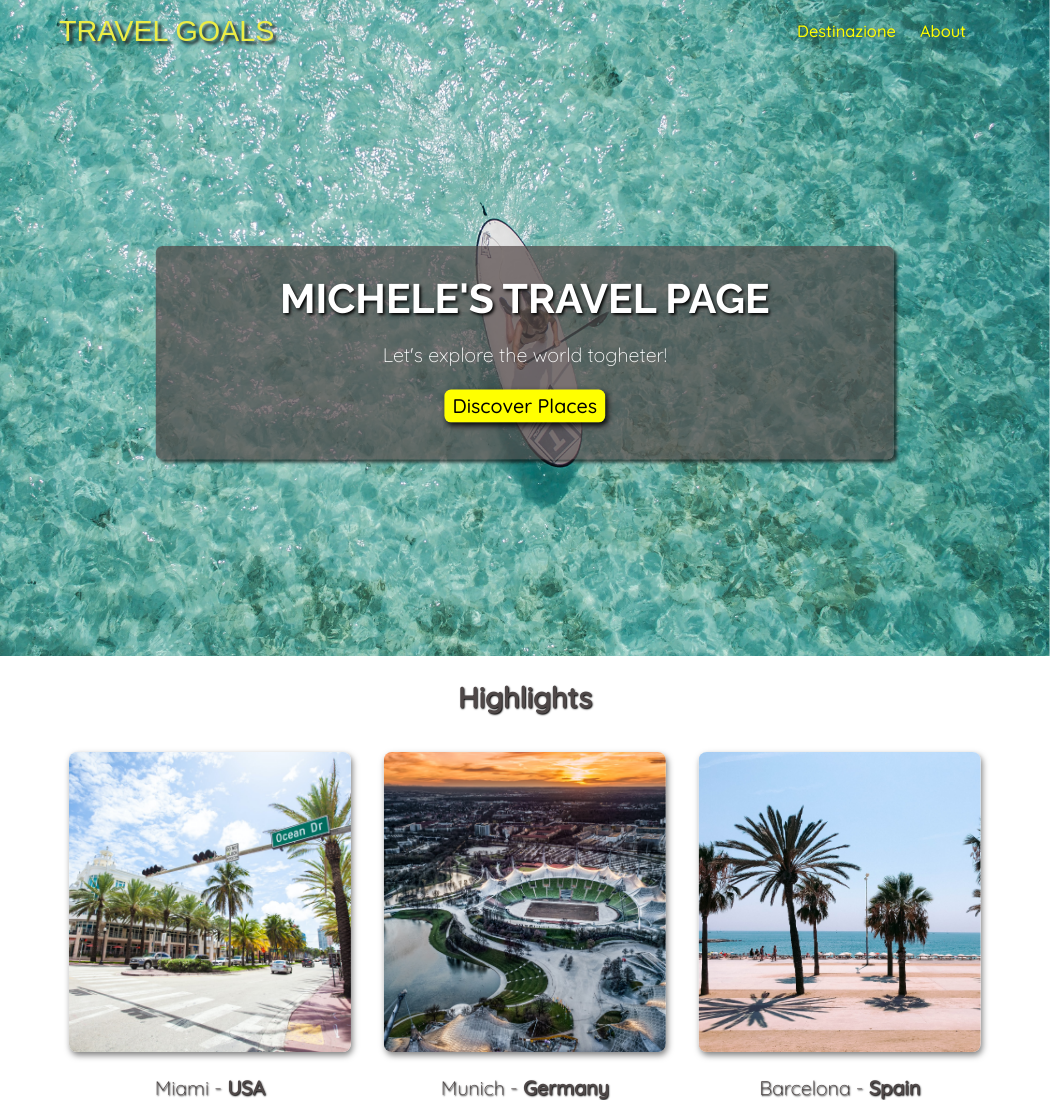
Repository: MicTomm/Travel-Goals
Page: index.html
These files come from the project's save history. The page is drawn as it stood at one moment and after the next save; the edit follows.
The browser window is 1280 px wide. The pictures show the whole page, at 82% of full size.
Some web fonts or font styles are not loaded; a fallback is used.

Above is the page before, as saved 2023-06-05 17:43:56.

### index.html
<!DOCTYPE html>
<html lang="it">

<head>
    <meta charset="UTF-8">
    <title>Travel Goals</title>
    <link rel="stylesheet"
        href="https://fonts.googleapis.com/css2?family=Raleway:wght@700&family=Oleo+Script:wght@700&family=Quicksand:wght@300;500&display=swap">
    <link href="styles/shared.css" rel="stylesheet">
    <link href="styles/main-page-style.css" rel="stylesheet">
</head>

<body>
    <header>
        <div id="logo">
            <a href="/index.html">Travel Goals</a>
        </div>
        <nav>
            <ul>
                <li><a href="/places.html">Destinazione</a></li>
                <li><a href="">About</a></li>
            </ul>
        </nav>
    </header>
    <main>
        <section id="hero-image-section">
            <div id="div-section1">
                <h1>Michele's Travel Page</h1>
                <p>Let's explore the world togheter!</p>
                <a href="/places.html">Discover Places</a>
            </div>
        </section>
        <section id="highlights">
            <h2>Highlights</h2>
            <ul id="destinations">
                <li class="destination">
                    <img src="images/places/miami.jpg" alt="Miami">
                    <p>Miami - <strong>USA</strong></p>
                </li>
                <li class="destination">
                    <img src="/images/places/munich.jpg" alt="Munich">
                    <p>Munich - <strong>Germany</strong></p>
                </li>
                <li class="destination">
                    <img src="/images/places/barcelona.jpg" alt="Barcelona">
                    <p>Barcelona - <strong>Spain</strong></p>
                </li>
            </ul>
        </section>
    </main>
    <footer></footer>
</body>

</html>

### styles/shared.css
body {
    margin: 0px;
    font-family: 'Quicksand', sans-serif;
}

ul {
    list-style: none;
    padding: 0px;
    margin: 0px;
}

header {
    display: flex;
    justify-content: space-between;
    align-items: center;
    padding: 15px 60px;
    position: absolute;
    width: 100%;
    top: 0;
    left: 0;
    box-sizing: border-box;
}

header ul {
    margin: 10px;
    display: flex;
    justify-content: space-between;
    width: 250px;
}

header li {
    width: 100px;
}

header a {
    color: yellow;
    text-decoration: none;
    font-size: 20px;
    padding: 12px;
    text-shadow: 1px 1px 4px rgba(0, 0, 0, 0.5);
}

header a:hover {
    background-color: yellow;
    box-shadow: 2px 2px 4px rgba(0, 0, 0, 0.5);
    color: rgb(67, 60, 60);
    text-shadow: 1px 1px 2px rgb(0, 0, 0, 0.5);
    border-radius: 8px;
}

#logo a {
    font-family: 'Oleo script', sans-serif;
    font-size: 35px;
    text-decoration: none;
    color: rgb(237, 237, 70);
    text-shadow: 4px 4px 4px rgb(31, 29, 29);
    text-transform: uppercase;
}

#logo a:hover {
    background-color: transparent;

}

### styles/main-page-style.css
#hero-image-section {
    text-align: center;
    background-image: url("/images/places/ocean.jpg");
    background-position: center;
    background-size: cover;
    height: 800px;
    /* padding-top: 100px; (alternativa per spostare div-section1 più in basso)*/
}

#div-section1 {
    background-color: rgba(82, 70, 70, 0.7);
    box-shadow: 4px 4px 4px rgba(18, 18, 18, 0.7);
    width: 900px;
    margin: 0px auto;
    padding: 35px 0 50px 0;
    border-radius: 8px;
    position: relative;
    top: 300px;
}

#div-section1 h1 {
    font-size: 50px;
    color: white;
    font-family: 'Raleway', sans-serif;
    text-shadow: 2px 2px 4px black;
    text-transform: uppercase;
    margin: 0px;
}

#div-section1 p {
    color: white;
    font-size: 24px;
    font-weight: 300;
    margin-bottom: 32px;
}

#div-section1 a{
 font-size: 24px;
 text-decoration: none;
 color: black;
 border-radius: 8px;
 background-color: yellow;
 padding: 5px 10px;
 box-shadow: 3px 4px 8px black;
}

#div-section1 a:hover{
    background-color: greenyellow;
    text-shadow: 1px 1px 2px rgba(0, 0, 0, 0.5);
}

#highlights{
    text-align: center;
}

#highlights ul{
    display: flex;
    width: 90%;
    margin: auto;
    padding: 15px;
    margin-bottom: 40px;
    justify-content: space-around;

}

#highlights li{
    margin: 0px 20px;
}

#highlights img{
    height: 100%;
    width: 100%;
    box-shadow: 2px 4px 8px rgb(0, 0, 0, 0.5);
    border-radius: 10px;
    object-fit: cover;
}

#highlights h2{
    font-size: 35px;
    text-shadow: 1px 1px 2px black;
    color: rgb(79, 72, 72);
}

#highlights p{
    color: rgb(79, 72, 72);
    text-shadow: 1px 1px 2px black;
    font-size: 24px;
    font-weight: 300;
    margin-bottom: 50px;
}

After the next save:
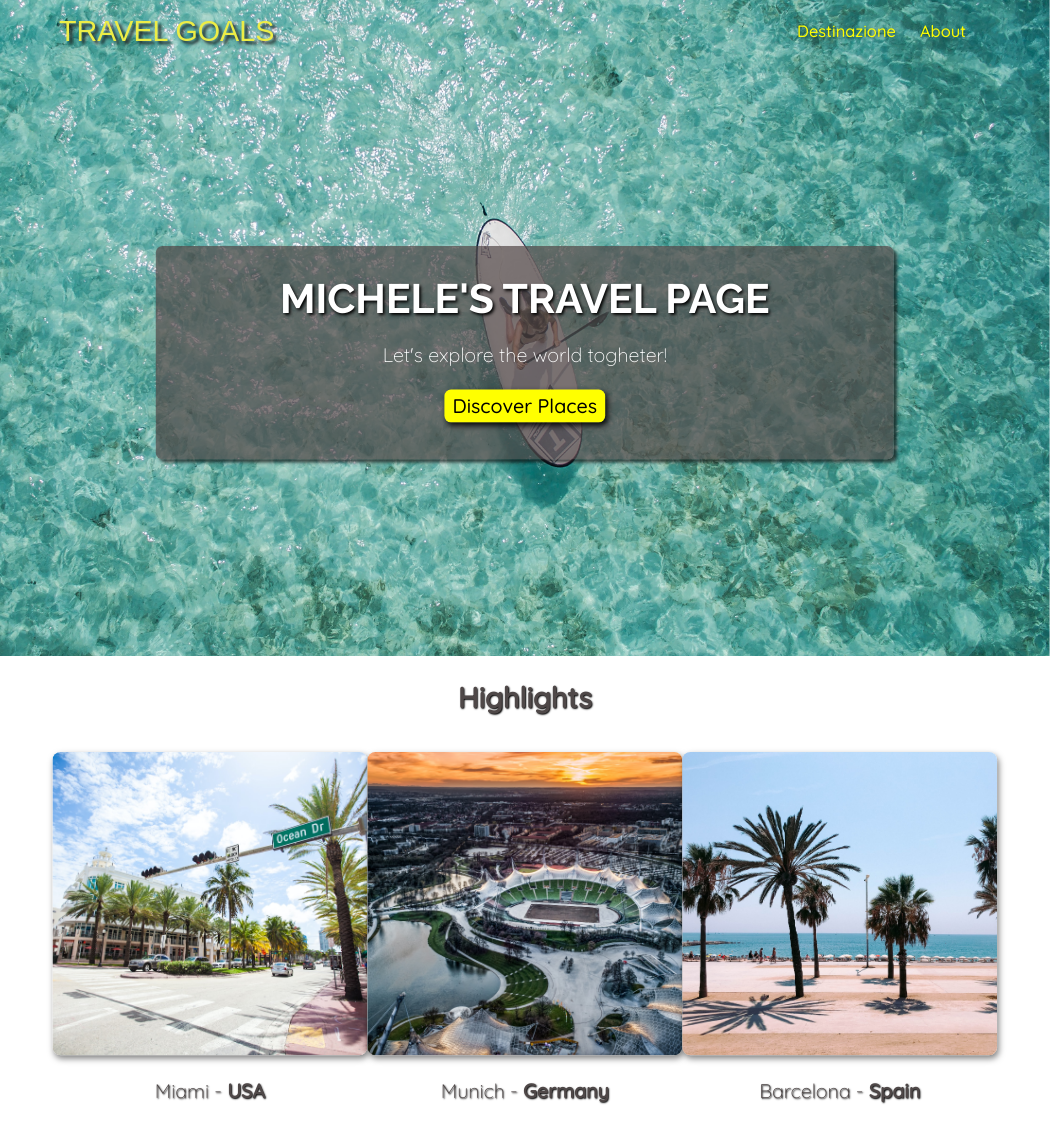
Saved 3 min 20 s later.
--- a/styles/main-page-style.css
+++ b/styles/main-page-style.css
@@ -64,7 +64,7 @@
 }
 
 #highlights li{
-    margin: 0px 20px;
+    margin-bottom: 50px;
 }
 
 #highlights img{
@@ -86,5 +86,4 @@
     text-shadow: 1px 1px 2px black;
     font-size: 24px;
     font-weight: 300;
-    margin-bottom: 50px;
 }
